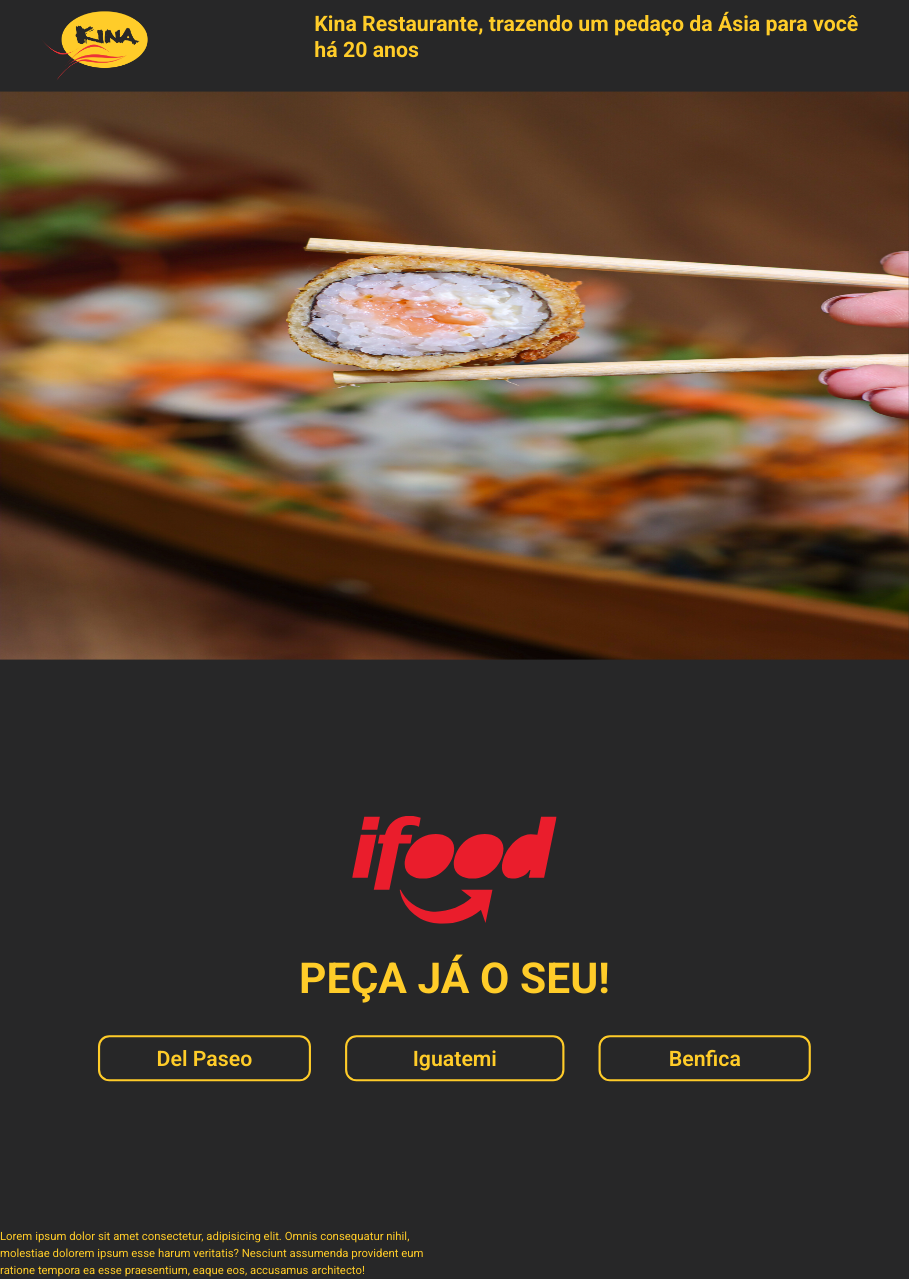
Repository: chidekina/kina-page
Page: index.html
These files come from the project's save history. The page is drawn as it stood at one moment and after a run of saves; the edit follows.
The browser window is 1280 px wide. The pictures show the whole page, at 71% of full size.

Above is the page before, as saved 2025-03-20 17:06:52.

After the next 2 saves:
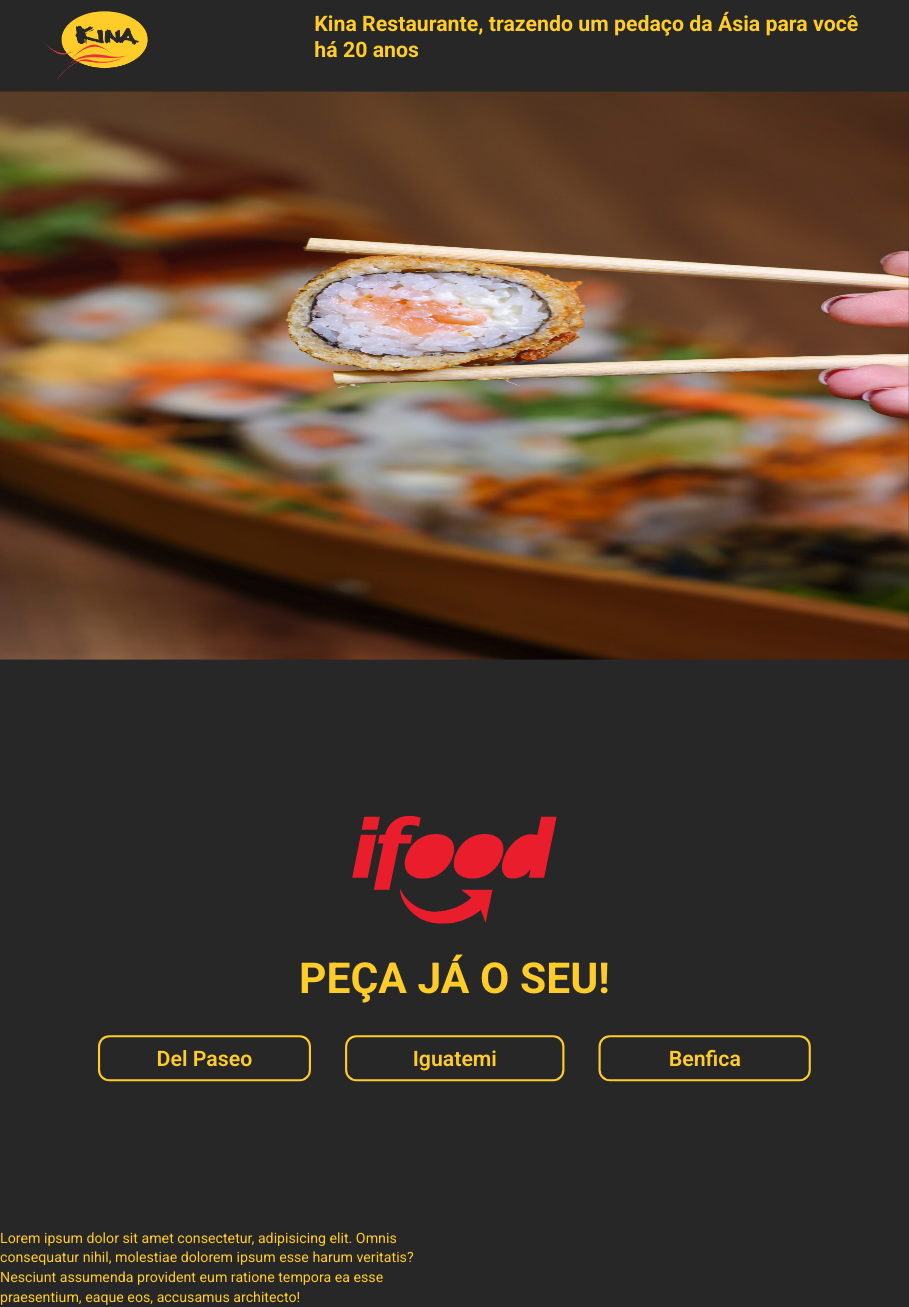
The 2 saves are shown as one change because they came seconds apart.
The last was saved 16 s later.
--- a/index.html
+++ b/index.html
@@ -58,7 +58,7 @@
       </ul>
     </div>
     <div>
-        <p class="w-1/2 text-md">Lorem ipsum dolor sit amet consectetur, adipisicing elit. Omnis consequatur nihil, molestiae dolorem ipsum esse harum veritatis? Nesciunt assumenda provident eum ratione tempora ea esse praesentium, eaque eos, accusamus architecto!</p>
+        <p class="w-1/2 text-xl">Lorem ipsum dolor sit amet consectetur, adipisicing elit. Omnis consequatur nihil, molestiae dolorem ipsum esse harum veritatis? Nesciunt assumenda provident eum ratione tempora ea esse praesentium, eaque eos, accusamus architecto!</p>
     </div>
   </body>
 </html>
